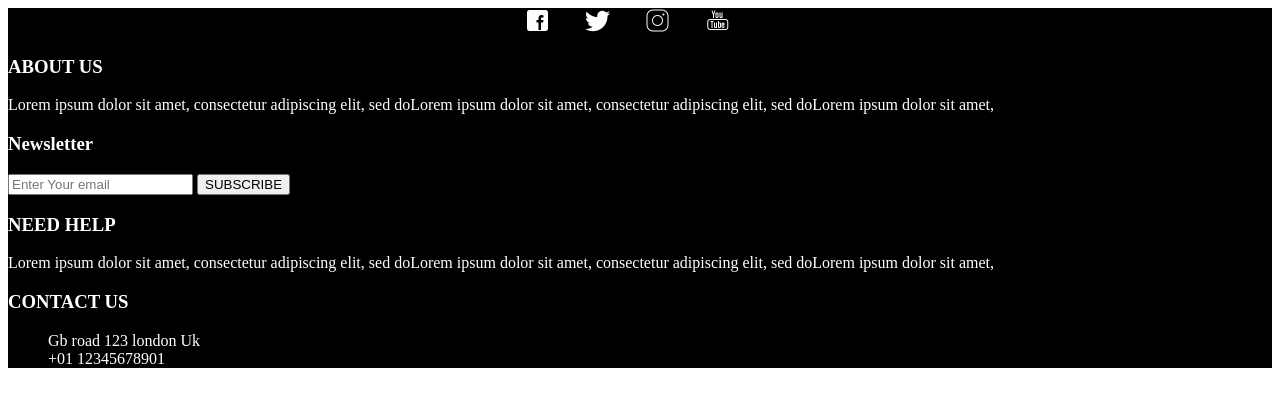
Repository: AVINKUMARP/gifts
Page: demo3.html
The author's editor kept a copy of each file at every save. The page is drawn from the files as they stood at one save, then again after the next save.
The browser window is 1280 px wide. The pictures show the whole page.

Above is the page before, as saved 2023-08-24 15:28:49.

### demo3.html
<!DOCTYPE html>
<html lang="en">
<head>
    <meta charset="UTF-8">
    <meta name="viewport" content="width=device-width, initial-scale=1.0">
    <title>Document</title>
    <style>
        .container2{
            background-color:black;
            color: white;
        }
        .ticon{
            display: flex;
            flex-wrap: wrap;
            gap: 10px;
            justify-content: center;
        }
    </style>
</head>
<body>
    <div class="container2">
        <div class="ticon">
            <div class="one"><a href="">
                <img src="./images/icons8-facebook-50.png" alt="loading..." width="50%"></a>
            </div>
            <div class="two">
                <img src="./images/icons8-twitter-50.png" alt="loading..."width="50%">
            </div>
            <div class="three">
                <a href=""><img src="./images/icons8-instagram-50.png" alt="loading..." width="50%"></a>
            </div>
            <div class="four">
                <img src="./images/icons8-youtube-50.png" alt="loading..." width="50%">
            </div>
        </div>
        <div class="list">
            <div class="lone">
                <h3>ABOUT US</h3>
                <p>Lorem ipsum dolor sit amet, consectetur adipiscing elit, sed doLorem ipsum dolor sit amet, consectetur adipiscing elit, sed doLorem ipsum dolor sit amet,</p>
            </div>
            <div class="ltwo">
                <h3>
                    Newsletter
                </h3>
                <input type="email" placeholder="Enter Your email">
                <button>SUBSCRIBE</button>
            </div>
            <div class="lthree">
                <h3>NEED HELP</h3>
                <p>Lorem ipsum dolor sit amet, consectetur adipiscing elit, sed doLorem ipsum dolor sit amet, consectetur adipiscing elit, sed doLorem ipsum dolor sit amet,</p>
            </div>
            <div class="lfour">
                <h3>CONTACT US</h3>
                <ul type="none">
                    <li>Gb road 123 london Uk</li>
                    <li>+01 12345678901</li>
                    <li></li>
                </ul>
            </div>
        </div>
    </div>
</body>
</html>

After the next save:
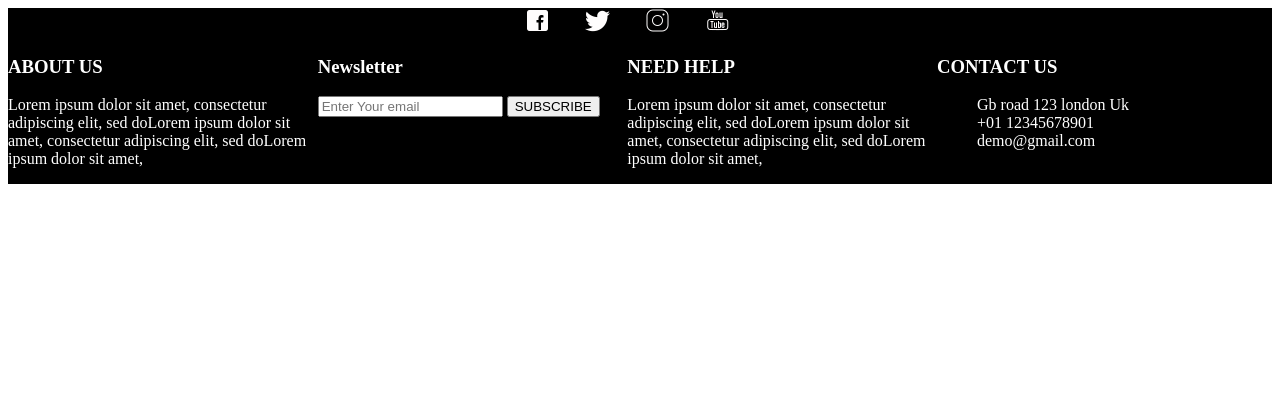
Saved 3 min 35 s later.
--- a/demo3.html
+++ b/demo3.html
@@ -14,6 +14,22 @@
             flex-wrap: wrap;
             gap: 10px;
             justify-content: center;
+        }
+        .list{
+            display: flex;
+            flex-wrap: wrap;
+        }
+        .lone{
+            width: 24.5%;
+        }
+        .ltwo{
+            width: 24.5%;
+        }
+        .lthree{
+            width: 24.5%;
+        }
+        .lfour{
+            width: 24.5%;
         }
     </style>
 </head>
@@ -54,7 +70,7 @@
                 <ul type="none">
                     <li>Gb road 123 london Uk</li>
                     <li>+01 12345678901</li>
-                    <li></li>
+                    <li>demo@gmail.com</li>
                 </ul>
             </div>
         </div>
